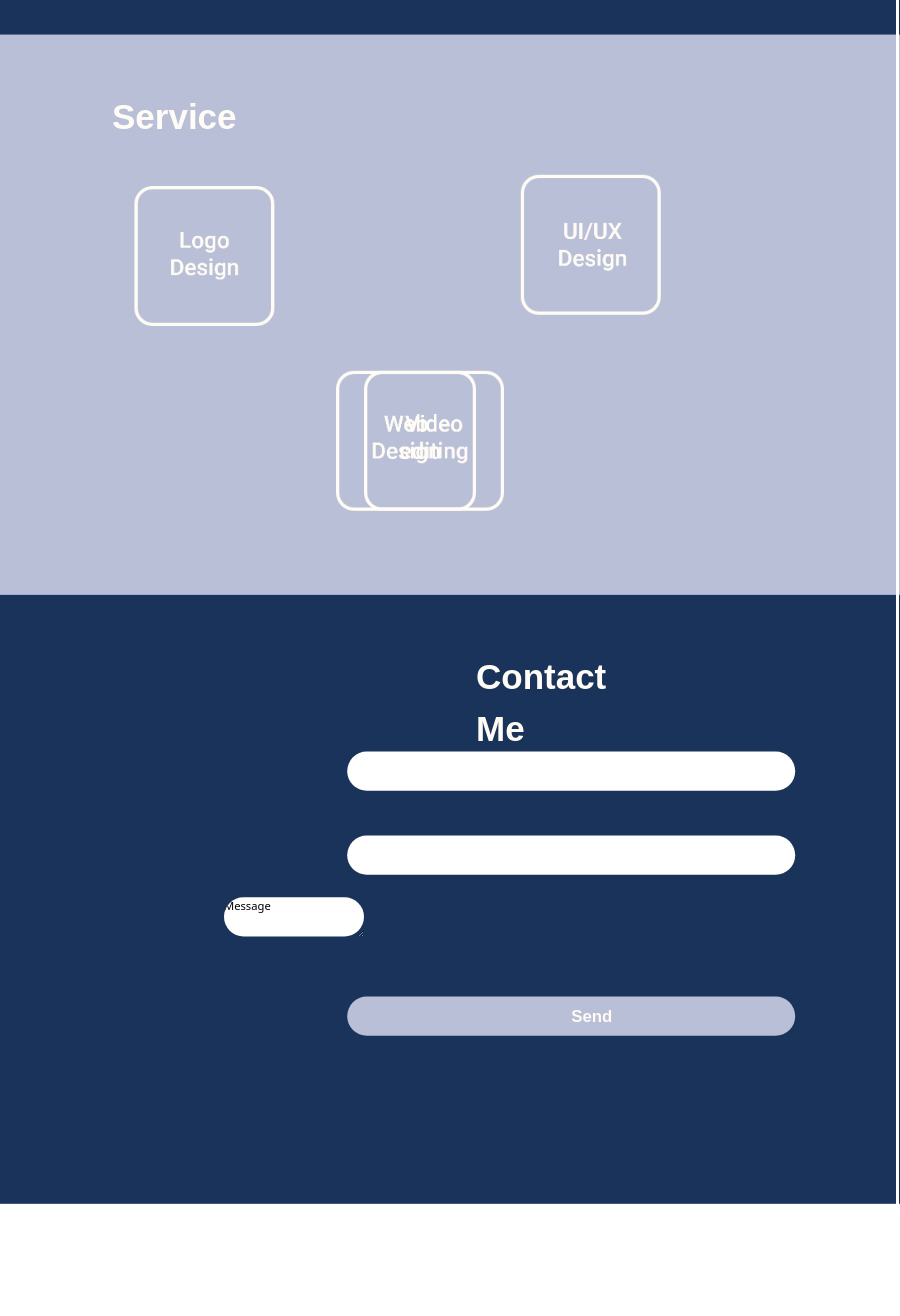
Repository: MEROO1010/my_portfolio
Page: /
An editor plug-in stored every save of this project. The page is shown before and after the next save, followed by the edit.
The browser window is 1280 px wide. The page is 1285 px wide, so the pictures cover 1285 px, including what lies to the right of the window. The pictures show the part of the page from y = 2134 to 4014 px (the page is 4014 px tall), at 70% of full size.
The project was rebuilt for these pictures with package versions that can differ from the ones it lists, and the page was loaded fresh each time. The framework's server and built-in components were replaced by stand-ins that run in the browser. Also part of the build but not shown: next.config.js.

Above is the page before, as saved 2023-04-04 22:30:36.

### pages/_app.tsx
import '../styles/globals.css'
import type { AppProps } from 'next/app'
import 'tailwindcss/tailwind.css'


function MyApp({ Component, pageProps }: AppProps) {
  return <Component {...pageProps} />
}

export default MyApp

### pages/index.tsx
import type { NextPage } from 'next'
import AboutMe from './components/AboutMe'
import ContactMe from './components/ContactMe'
import Experience from './components/Experience'
import HomePage from './components/HomePage'
import Services from './components/Services'

const Home: NextPage = () => {
  return (
    <div>
      <HomePage/>
      <AboutMe/>
      <Experience/>
      <Services/>
      <ContactMe/>
    </div>
  )
}

export default Home

### styles/globals.css
@tailwind base;
@tailwind components;
@tailwind utilities;
@import url('https://fonts.googleapis.com/css2?family=Raleway:ital,wght@0,400;0,500;0,600;0,700;1,500;1,600&display=swap')

### pages/components/AboutMe.tsx
import React from 'react'
import Image from 'next/image'


const AboutMe = () => {
  return (
    <div >


        <div className="  relative my-80 pt-80  top-40  ">
        <Image src="/assets/images/bg2.png" alt="laptop" width={1920} height={5106}/>
        </div>



        <div className=" text-[#FFFCF6] relative right-20 bottom-40     ">
            <div className=" absolute  mx-60 my-2 py-80 bottom-80  left-24
 ">
            <h1 className="  font-raleway font-bold  text-[50px]">About me</h1>
            <br/>
            </div>
            <div className="absolute  mx-24  bottom-40 left-24 ">
            <p className='font-raleway  font-medium   text-[50px]'>
            My name is Marwah Alsaggaf,<br/> and I'm software-developer <br/>
            and graphic designer. I <br/>
            graduated from Arab open <br/> university with a major in
             <br/> Information Technology and Computing
            </p>
            </div>
        </div>

    </div>
  )
}

export default AboutMe

### pages/components/ContactMe.tsx
import React from 'react'
import Form from './Form'


const ContactMe = () => {
  return (
    <div className=" relative py-80   bottom-40   bg-[#19335A]">
          <div className="h-100 ">
        <div>
          <h1 className= " absolute py-20 px-80 mx-10 top-0 left-80 font-raleway font-bold  text-[50px] text-[#FFFCF6]">Contact Me</h1>
       </div>
        <Form/>
        </div>
    </div>
  )
}

export default ContactMe

### pages/components/Experience.tsx
import React from "react";
import Image from "next/image";
import { motion } from "framer-motion";

const Experience = () => {
  return (
    <div className="relative py-0 bottom-40" >
      <div className="bg-[#19335A]">
        <div className="absolute px-80 py-20 mx-80 left-20  ">
          <h1 className="text-[#FFFCF6] text-[46px]  font-raleway font-bold ">
            Experience
          </h1>
        </div>
        <motion.div
          className="relative mx-80 px-60 top-80  left-80"
          whileHover={{ scale: 1.2, rotate: 360 }}
          whileTap={{
            scale: 0.8,
            rotate: -360,
            borderRadius: "100%",
          }}
        >
          <Image
            src="/assets/images/programming-languges.png"
            alt="laptop"
            width={542}
            height={542}
          />
        </motion.div>
        <div></div>

        <motion.div className="relative mx-10   px-20  bottom-48  left-8"
        whileHover={{ scale: 1.2, rotate: 360 }}
        whileTap={{
          scale: 0.8,
          rotate: -360,
          borderRadius: "100%",
        }}
        >
          <Image
            src="/assets/images/software.png"
            alt="laptop"
            width={542}
            height={542}
          />
        </motion.div>
      </div>
    </div>
  );
};

export default Experience;

### pages/components/HomePage.tsx
import React from 'react'
import Image from 'next/image'


const HomePage = () => {
  return (
    <div className='bg-slate-700'>
        <Image src="/header.png" alt="Header" width={2000} height={0}/>

        <div className='mx-16 my-0 top-4  absolute	  '>
        <Image src="/my_logo_white.png" alt="My Logo" width={54} height={0}/>
        </div>

        <div>
          <ul className=' relative   float-right flex flex-col  px-8 mx-40 right-28   bottom-16   space-x-16 md:flex-row text-[#FFFCF6] text-[28px] font-raleway'>
            <li>Home</li>
            <li>About Me</li>
            <li>Skills</li>
            <li>My Work</li>
            <li>Contact Me</li>
          </ul>
        </div>


       <div className=' absolute   '>
       <Image src="/assets/images/MainPage.png" alt="main image" width={1920} height={912}/>
        {/*add About Me button*/}
       <div className='absolute px-28 my-80 mx-60 left-80 top-32 '>
       <button className='bg-[#19335A] rounded-3xl w-60 h-10  text-[20px] text-[#B8BFD6] font-raleway font-semibold shadow-xl' >About me</button>
       </div>

        {/*add my others accounts list*/}

        <div>
          <ul className=' absolute   float-right flex flex-col top-80 py-60 px-40 mx-80 left-40   space-x-8 md:flex-row '>
            <li><a href='https://github.com/MEROO1010'><Image src="/assets/images/github.png" alt="main image" width={54} height={54}/></a></li>
            <li><a href='https://www.instagram.com/meroo_alsaggaf/'><Image src="/assets/images/instagram.png" alt="main image" width={64} height={53}/></a></li>
            <li><a href='https://www.behance.net/merooalsaggaf'><Image src="/assets/images/behance.png" alt="main image" width={54} height={54}/></a></li>
            <li><a href='https://www.linkedin.com/in/marwah-alsaggaf-ba44011b2/'><Image src="/assets/images/linkedIn.png" alt="main image" width={54} height={54}/></a></li>
          </ul>
        </div>
       </div>






    </div>
  )
}

export default HomePage

### pages/components/Services.tsx
import React from 'react'
import Square from './Square'
const Services = () => {
  return (
    <div className= " relative py-80  bottom-40   bg-[#B8BFD6]">
        <div className="h-40 ">
        <div>
          <h1 className= " absolute py-20 px-40 top-0 font-raleway font-bold  text-[50px] text-[#FFFCF6]">Service</h1>
       </div>
       <Square/>
        </div>
    </div>
  )
}

export default Services

### pages/components/Form.tsx
import React from 'react'

const Form = () => {
  return (
    <div>
        <input type="text" placeholder='Your Name' className=" relative  px-80 mx-80 bottom-24 left-44 h-14 w-0 rounded-full"/><br/>
        <input type="text" className=" relative  px-80 mx-80 bottom-8 left-44 h-14 w-0 rounded-full"/><br/>
        <textarea  className=" relative  left-80  w-200 h-14 rounded-full">Message</textarea>
        <button type="submit" className="relative px-80 mx-80 top-20 left-44 h-14 w-10 font-raleway text-[24px] font-semibold text-[#FFFCF6]  bg-[#B8BFD6] rounded-full">Send</button>

    </div>
  )
}

export default Form

### pages/components/Square.tsx
import React from 'react'
import Image from 'next/image'

const Square = () => {
  return (
    <div>
      {/*logo design*/}
       <div className="absolute py-40 mx-40 my-18 left-8 top-14 ">
       <Image src="/assets/images/logodesign.png" alt="laptop" width={200} height={200}/>
       </div>

        {/*programming*/}
       <div className="absolute py-60 px-40 mx-80 my-18 right-80 bottom-40 ">
       <Image src="/assets/images/programming.png" alt="laptop" width={200} height={200}/>
       </div>

       {/*ui-ux design*/}
       <div className="absolute py-60 mx-80 my-18 right-4 bottom-40 ">
       <Image src="/assets/images/uiux.png" alt="laptop" width={200} height={200}/>
       </div>

       {/*web design*/}
       <div className="absolute  mx-40 my-40 left-80 top-50 ">
       <Image src="/assets/images/webdesign.png" alt="laptop" width={200} height={200}/>
       </div>

       {/*video editing*/}
       <div className="absolute px-80 mx-20 my-40 right-40 top-50 ">
       <Image src="/assets/images/videoediting.png" alt="laptop" width={200} height={200}/>
       </div>
    </div>
  )
}

export default Square

### tailwind.config.js
/** @type {import('tailwindcss').Config} */
module.exports = {
   purge: ['./pages/**/*.{js,ts,jsx,tsx}', './components/**/*.{js,ts,jsx,tsx}'],
  content: [
    './pages/**/*.{js,ts,jsx,tsx}',
    './components/**/*.{js,ts,jsx,tsx}',
    './app/**/*.{js,ts,jsx,tsx}',
  ],
  theme: {
    extend:
    {
      fontFamily: {
        'raleway': ['Raleway', 'sans-serif']
      },
    },
  },
  plugins: [],
}

After the next save:
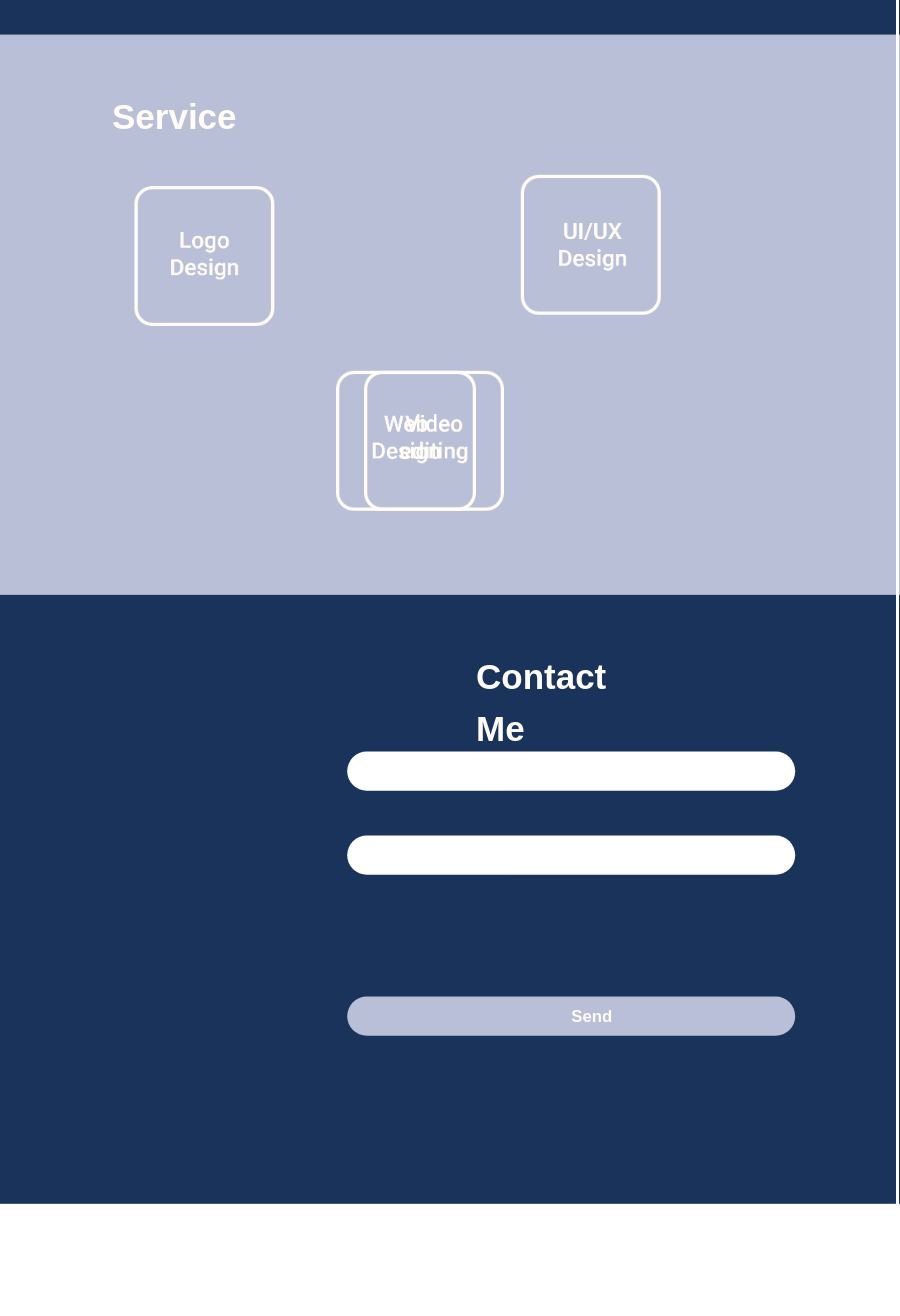
Saved 16 s later.
--- a/pages/components/Form.tsx
+++ b/pages/components/Form.tsx
@@ -5,7 +5,7 @@ const Form = () => {
     <div>
         <input type="text" placeholder='Your Name' className=" relative  px-80 mx-80 bottom-24 left-44 h-14 w-0 rounded-full"/><br/>
         <input type="text" className=" relative  px-80 mx-80 bottom-8 left-44 h-14 w-0 rounded-full"/><br/>
-        <textarea  className=" relative  left-80  w-200 h-14 rounded-full">Message</textarea>
+        <textarea  className=" relative  right-80  w-200 h-14 rounded-full">Message</textarea>
         <button type="submit" className="relative px-80 mx-80 top-20 left-44 h-14 w-10 font-raleway text-[24px] font-semibold text-[#FFFCF6]  bg-[#B8BFD6] rounded-full">Send</button>
 
     </div>
